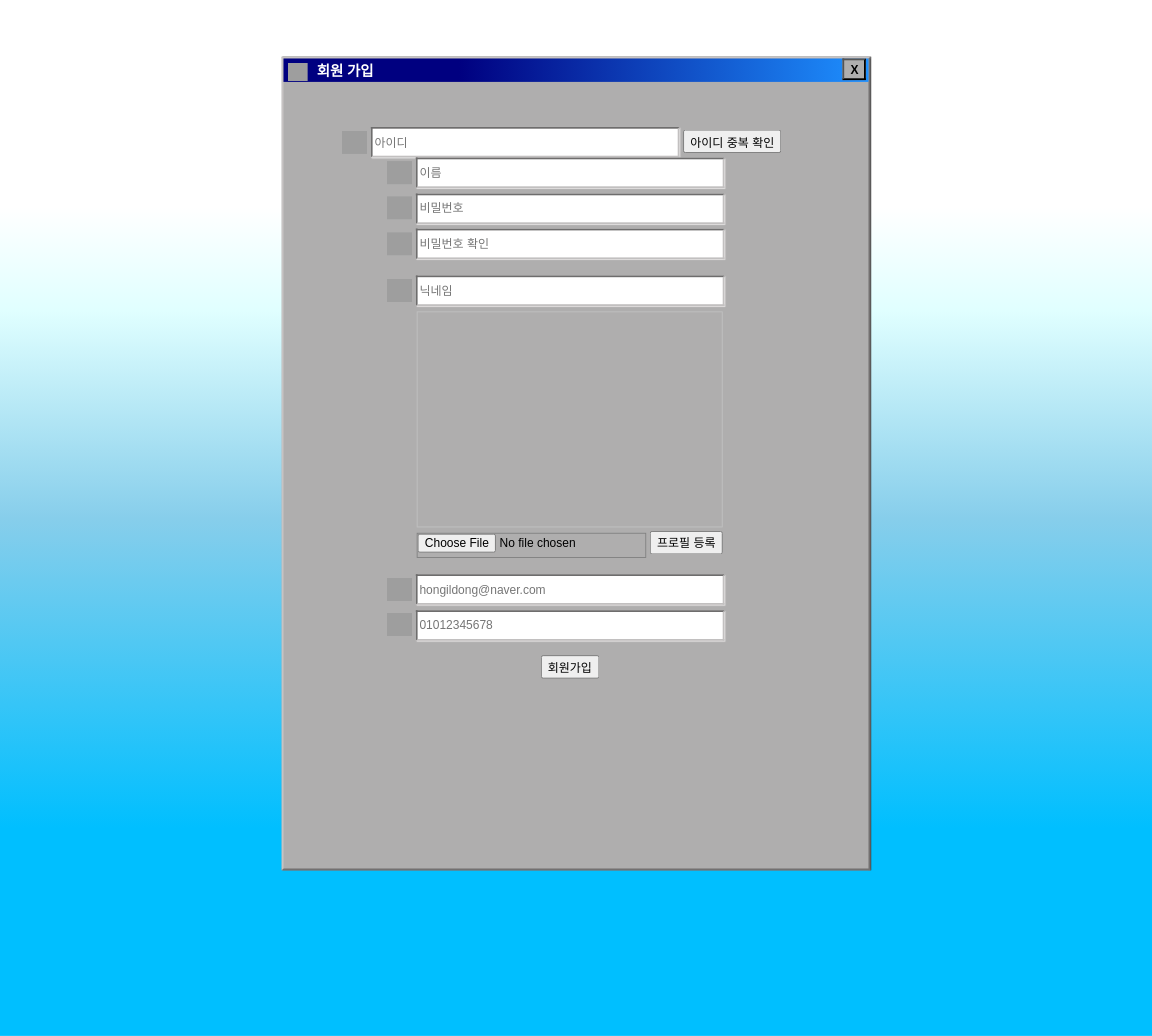
Repository: SEOGWANGWON/semi-finally
Page: http://localhost/semi_team/SHINeeRegister.jsp
An editor plug-in stored every save of this project. The page is shown before and after the next save, followed by the edit.
The browser window is 1280 px wide. The pictures show the whole page, at 90% of full size.
Pictures or frames that could not be fetched are drawn as grey boxes. The page is served by Tomcat 9. Other server files are loaded and not shown.

Above is the page before, as saved 2023-11-17 03:17:16.

### semi_team/src/main/webapp/SHINeeRegister.jsp
<%@ page language="java" contentType="text/html; charset=UTF-8"
    pageEncoding="UTF-8"%>
<!DOCTYPE html>
<html lang="ko">
    <head>
        <meta charset="UTF-8">
        <title>SHINee Music회원가입 페이지</title>
        <link rel="stylesheet" type="text/css" href="css/광원님.css">
    </head>
    <body>
        <div class="pageColor">

            <div class="TabColor"><img src="images/mypage.png" class="TabiconImage"><strong class="TabTextStyle">회원 가입</strong>
                <button id="pageCloseButton" type="button" class="pageCloseButton" onclick="closeButton()"><Strong class="pageCloseButtonText">X</Strong></button>
            </div>
            <form id="divid">
	                    <label for="id">
	                        <img class="iconImg" src="images/user.png">
	                    </label>
	                    <input id="id" name="id" type="text" oninput="idCheck()"  placeholder="아이디" autocomplete="off">
	                    									<!--  oninput = 입력할때마다 실시간 체크   autocomplete="off" 자동완성 기능 off -->
	                    <button id="idButton" name="idButton">아이디 중복 확인</button> <!--  onclick="idDbCheck()" -->
	                    <span id="ruleid"></span> <!--  <input type="hidden" name="idCheckBox" id="idCheckBox" value="idUnCheck">  -->
	                </form>

                <form id="createAccount" action="SHINeeRegisterServlet" method="post" enctype="multipart/form-data">

	                <div>
	                    <label for="name">
	                        <img class="iconImg" src="images/name.png">
	                    </label>
	                    <input id="name" name="name" type="text" oninput="nameCheck()" placeholder="이름" autocomplete="off">
	                    <p id="rulename"></p>
	                </div>
	                <div>
	                    <label for="pw">
	                        <img class="iconImg" src="images/password.png">
	                    </label>
	                    <input id="pw" name="pw" type="password" oninput="pwCheck()"  placeholder="비밀번호" autocomplete="off">
	                    <p id="rulepm"></p>
	                </div>
	                <div>
	                    <label for="checkpw">
	                       <img class="iconImg" src="images/passwordcheck.png">
	                    </label>
	                    <input id="checkpw" type="password" oninput="pwCheck()" placeholder="비밀번호 확인">
	                    <span id="checkpm"></span>
	                </div>
	                <br>
	                <div>
	                    <label for="nickname">
	                        <img class="iconImg" src="images/profile.png">
	                    </label>
	                    <input id="nickname" name="nickname" type="text" oninput="nicknameCheck()" placeholder="닉네임" autocomplete="off">
	                    <p id="rulenickname"></p>
	                </div>

	                <div>
	                    <div id="profileContainer">
	                        <!-- 프로필 사진을 표시할 컨테이너 -->
	                        <img id="uploadProfile">
	                    </div>
	                    <input type="file" id="profileInput" name="profileInput" accept="image/*" style="margin: 0 0 0 6%;">
	                    <button id="profileUploadButton" type="button">프로필 등록</button>
	                </div>
	                <br>
	                <div>
	                    <label for="emailid">
	                        <img class="iconImg" src="images/email.png">
	                    </label>
	                    <input id="emailid" type="email" name="emailid"  oninput="userEmailCheck()" placeholder="hongildong@naver.com" autocomplete="off">
	                    <p id="ruleemail"></p>
	                </div>
	                <div>
	                    <label for="phoneNumber">
	                        <img class="iconImg" src="images/phone.png">
	                    </label>
	                    <input id="phoneNumber" name="phoneNumber" type="text" oninput="userPhoneCheck()" placeholder="01012345678" autocomplete="off">
	                    <p id="rulephoneNumber"></p>
	                </div>
	                <button id="createUserButton" onclick="CreateUser()">회원가입</button>

            	</form>
            	</div>


       	<script src="https://code.jquery.com/jquery-3.7.1.js"
        integrity="sha256-eKhayi8LEQwp4NKxN+CfCh+3qOVUtJn3QNZ0TciWLP4="
        crossorigin="anonymous"></script>
       	<script src="js/CreateAccountPage.js">
        </script>
    </body>
</html>

### semi_team/src/main/webapp/css/광원님.css
@charset "UTF-8";
body{
    background: linear-gradient(white 20%,lightCyan 30%, skyBlue 50%, deepSkyBlue 80% ) ;
    height: 1080px;
}
.pageColor{
    width: 650px;
    height: 900px;
    margin: 0 auto;
    margin-top: 5%;
    border: 2px outset rgb(199, 195, 195);
    box-shadow: 1px 0 0 0 rgb(41, 41, 41);
    background-color: rgb(175, 174, 174);
}
#phoneNumber{
    width: 335px;
    height: 28px;
    border: 2px inset rgb(194, 192, 192);
    box-shadow: 1px 1px 1px 0 rgb(224, 222, 222);
}
#nickname{
    width: 335px;
    height: 28px;
    border: 2px inset rgb(194, 192, 192);
    box-shadow: 1px 1px 1px 0 rgb(224, 222, 222);

}
#id{
    width: 335px;
    height: 28px;
    border: 2px inset rgb(194, 192, 192);
    box-shadow: 1px 1px 1px 0 rgb(224, 222, 222);
}
#pw,#checkpw{
    width: 335px;
    height: 28px;
    border: 2px inset rgb(194, 192, 192);
    box-shadow: 1px 1px 1px 0 rgb(224, 222, 222);
}
#divid{
	width: 550px;
	padding: 50px 0 0 0;
	margin-left: 10%;
	border-radius: 5%;

}

#createAccount{
    width: 550px;
    height: 650px;
    margin-left: 10%;
    padding: 0 50px 50px 50px;
    border-radius: 5%;
}
#emailid{
    width: 335px;
    height: 28px;
    border: 2px inset rgb(194, 192, 192);
    box-shadow: 1px 1px 1px 0 rgb(224, 222, 222);
}
input{
    border: 1.5px solid gray;
}
button{
    height: 26px;
}
input{
    height: 26px;
}
.pawnTab{
    width: 600px;

}
.iconImg{
    width: 28px;
    height: 26px;
    margin-bottom: -8px;
}
.TabColor{
    height: 26px;
    background: linear-gradient(to right,navy 30%, dodgerblue );
}
.TabiconImage{
    margin: 0 -3px -6px 5px;
    width: 22px;
    height: 20px;
}
.TabTextStyle{
    margin: 0 0 0 2%;
    color: white;
}
.pageCloseButton{
    float: right;
    margin: 0 0.5% -5% 0;
    width: 26px;
    height: 24px;
    padding: 3px;
    background-color: rgb(175, 174, 174);
}
.pageCloseButtonText{
    margin: 0 0 0 10%;
}
#uploadProfile{
    width: 340px;
    height: 240px;
    margin: 0 0 0 6%;
}
@font-face {
    font-family: 'Ramche';
    src: url('https://cdn.jsdelivr.net/gh/projectnoonnu/noonfonts_2307-1@1.1/Ramche.woff2') format('woff2');
    font-weight: normal;
    font-style: normal;
}
#checkpm{
    width: 150px;
    margin: 0;
    padding: 0;
}
#name{
    width: 335px;
    height: 28px;
    border: 2px inset rgb(194, 192, 192);
    box-shadow: 1px 1px 1px 0 rgb(224, 222, 222);
}
#createUserButton{
    margin: 2% 0 0 31%;
}

#ruleid, #rulephoneNumber, #ruleemail, #rulenickname, #rulepm, #rulename{
    font-size: 13px;
    font-weight: 800;
    color: rgb(255, 0, 0);
    padding: 0;
    margin: 1% 0 1% 6%;
}

### semi_team/src/main/webapp/js/CreateAccountPage.js
document.getElementById("profileUploadButton").addEventListener("click", function(){
    var fileInput = document.getElementById("profileInput");
    var uploadImage = document.getElementById("uploadProfile");
    var imageContainer = document.getElementById("profileContainer");

    if(fileInput.files.length > 0){
        var file = fileInput.files[0];
        var reader = new FileReader();

        reader.onload = function(e){
            uploadImage.src = e.target.result;
            imageContainer.style.display = "block";
        };

        reader.readAsDataURL(file);
    } else{
        alert("프로필 사진을 넣어야 합니다.");
    };
});

function closeButton(){

    if(confirm("회원가입을 취소하시겠습니까?.")){
        alert("회원가입이 취소되었습니다.")
        var pageMove = "https://music.apple.com/kr/browse";
        location.href=pageMove;
    };
};

function idCheck(){

	var userid = document.getElementById("id").value;
	const idPattarn =  /^[A-za-z0-9]{4,12}$/;

	if(idPattarn.test(userid)){
		$('#ruleid').text('조건 일치').css('color', 'green');
	}else{
        $('#ruleid').text("아이디는 4 ~ 12 자의 숫자,영어 로만 구성되어야합니다").css('color', 'red');
     };

     document.userInfo.idCheckBox.value = "idUnCheck"

};



/*
function idDbCheck(){
	const a = docu
	a.value
	window.name = "parentForm";
	window.open("Id_Check.jsp?=",
	"checkForm", "width=500, height=300, resizable = no, scrollbars = no");

	}
	*/


function nameCheck(){

    var username = document.getElementById("name").value;
    const namePattarn = /^[가-힣]{1,15}$/;

    if(namePattarn.test(username)){
		$('#rulename').text('조건 일치').css('color', 'green');
	}else{
        $('#rulename').text("이름은 15자 이하의 한글로만 구성되어야 합니다.").css('color', 'red');
     };
};


function pwCheck(){

	var password = document.getElementById("pw").value;
    const passwordPattarn = /^(?=.*[a-z])(?=.*[A-Z])(?=.*\d)(?=.*[@$!%*?&])[A-Za-z\d@$!%*?&]{6,32}$/;

    if(passwordPattarn.test(password)){
		$('#rulepm').text('조건 일치').css('color', 'green');
	}else{
        $('#rulepm').text("비밀번호는 6 ~ 32자의 영문, 대문자, 소문자, 특수문자, 숫자를 포함해야합니다.").css('color', 'red');
     };

    if($('#pw').val() == $('#checkpw').val()){
        $('#checkpm').text('비밀번호 일치').css('color', 'green');
    }else{
        $('#checkpm').text('비밀번호가 불일치').css('color', 'red');
    };
};

function nicknameCheck(){

    var userNickname = document.getElementById("nickname").value;
    const nicknamePattarn =  /^[가-힣A-za-z0-9]{1,20}$/;

    if(nicknamePattarn.test(userNickname)){
		$('#rulenickname').text('조건 일치').css('color', 'green');
	}else{
        $('#rulenickname').text("닉네임은 20자 이하의 영어,숫자,한글로만 구성되어야 합니다.").css('color', 'red');
     };

};

function userEmailCheck(){

    var userEmail = document.getElementById("emailid").value;
    const emailPattarn =  /^[A-Za-z-0-9\-\.]+@[A-Ja-z-0-9\-\.]+\.[A-Ja-z-0-9]+$/;

    if(emailPattarn.test(userEmail)){
		$('#ruleemail').text('조건 일치').css('color', 'green');
	}else{
        $('#ruleemail').text("이메일은 80자 이하의 @과.를 포함한 영어, 숫자로만 구성되어야 합니다.").css('color', 'red');
     };
};

function userPhoneCheck(){

    var userPhone = document.getElementById("phoneNumber").value;
    const phonePattarn = /^(010|011)[0-9]{8}$/;

    if(phonePattarn.test(userPhone)){
		$('#rulephoneNumber').text('조건 일치').css('color', 'green');
	}else{
        $('#rulephoneNumber').text("올바른 번호가 아닙니다.").css('color', 'red');
     };
}






function CreateUser(){

    var userid = document.getElementById("id").value;
    var username = document.getElementById("name").value;
    var password = document.getElementById("pw").value;
    var passwordCheck = document.getElementById("checkpw").value;
    var userNickname = document.getElementById("nickname").value;
    var userEmail = document.getElementById("emailid").value;
    var userPhone = document.getElementById("phoneNumber").value;
    //var idCheckBox = document.getElementById("idCheckBox").value;



    const idPattarn =  /^[A-za-z0-9]{4,12}$/;
    const namePattarn = /^[가-힣]{1,15}$/;
    const passwordPattarn = /^(?=.*[a-z])(?=.*[A-Z])(?=.*\d)(?=.*[@$!%*?&])[A-Za-z\d@$!%*?&]{6,32}$/;
    const nicknamePattarn =  /^[가-힣A-za-z0-9]{1,20}$/;
    const emailPattarn =  /^[A-Za-z-0-9\-\.]+@[A-Ja-z-0-9\-\.]+\.[A-Ja-z-0-9]+$/;
    const phonePattarn = /^(010|011)[0-9]{8}$/;

    if(!userid.match(idPattarn)){
        alert("아이디는 4 ~ 12 자의 숫자,영어 로만 구성되어야합니다");
        return false;
   /* else if(idCheckBox !="idOnCheck"){
        alert("아이디 중복체크를 하셔야합니다.")
        return false;
        }*/

    }else if(!username.match(namePattarn)){
        alert("이름은 15자 이하의 한글로만 구성되어야 합니다.");
        return false;
    }else if(!password.match(passwordPattarn)){
        alert("비밀번호는 6 ~ 32자의 영문, 대문자, 소문자, 특수문자, 숫자를 포함해야합니다.");
        return false;
    }else if(password !== passwordCheck){
        alert("비밀번호가 일치하지 않습니다.");
        return false;
    }else if(!userNickname.match(nicknamePattarn)){
        alert("닉네임은 20자 이하의 영어,숫자,한글로만 구성되어야 합니다.");
        return false;
    }else if(!userEmail.match(emailPattarn)){
        alert("이메일은 80자 이하의 @과.를 포함한 영어, 숫자로만 구성되어야 합니다.")
        return false;
    }else if(!userPhone.match(phonePattarn)){
        alert("올바른 번호가 아닙니다.");
        return false;
    }
    alert("SHINee Musci에 오신걸 환영합니다!")



	/*
	var idCheckResult = $('#idCheckBox').val();

    // 아이디 중복 확인이 되었는지 확인
    if (idCheckResult === 'idUnCheck') {
        alert('아이디 중복 확인을 해주세요.');
        return;
    }
    */





    //alert("회원가입이 정상적으로 완료되었습니다!.");
    //var pageMove = "https://music.apple.com/kr/browse";
    //location.href=pageMove;     // ( 현재 페이지에서 이동 )

    // window.open(사이트링크) ( 새창 열기 )


     }

After the next save:
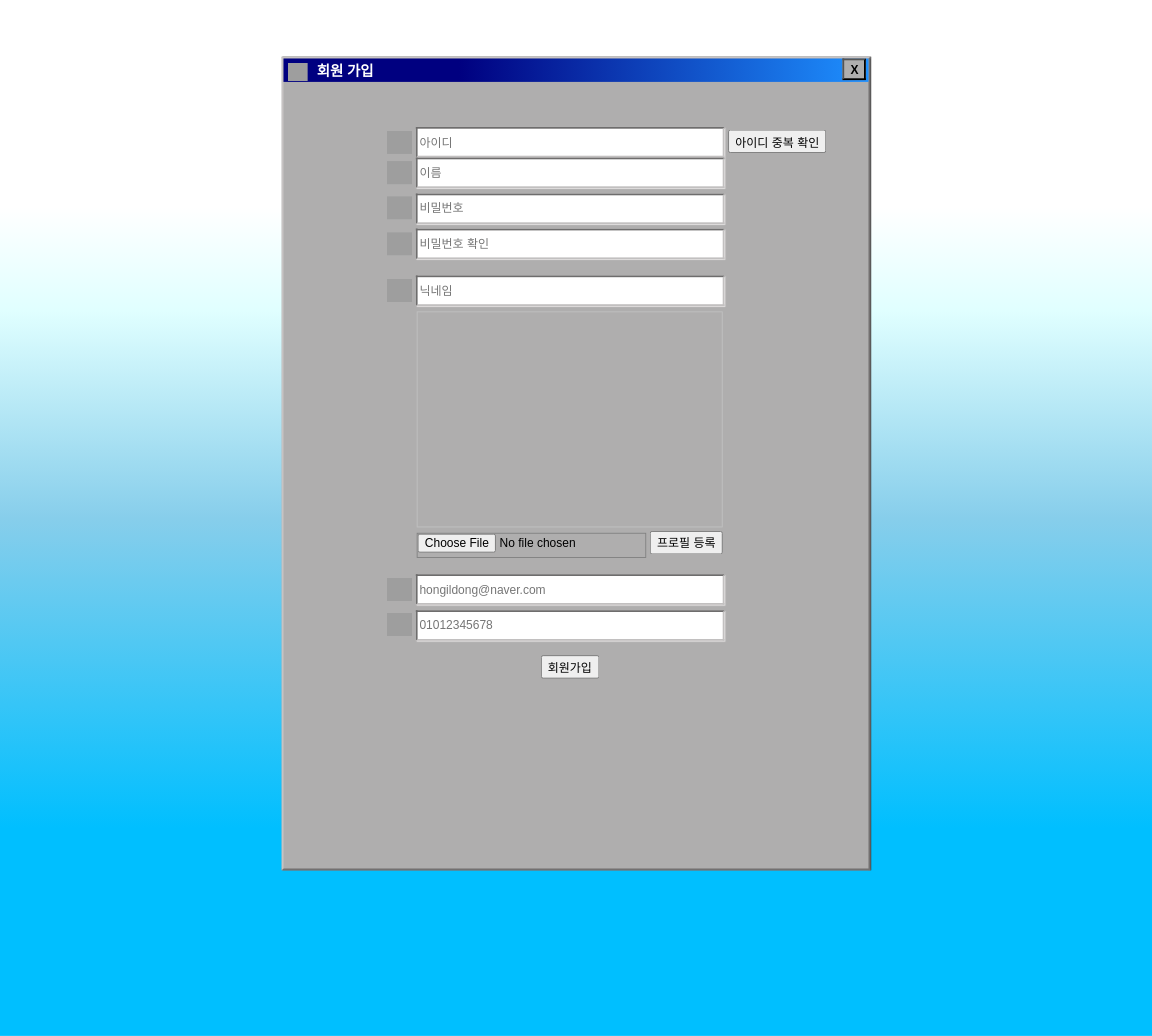
Saved 53 s later.
--- a/semi_team/src/main/webapp/css/광원님.css
+++ b/semi_team/src/main/webapp/css/광원님.css
@@ -39,7 +39,7 @@ body{
 }
 #divid{
 	width: 550px;
-	padding: 50px 0 0 0;
+	padding: 50px 0 0 50px;
 	margin-left: 10%;
 	border-radius: 5%;
 
